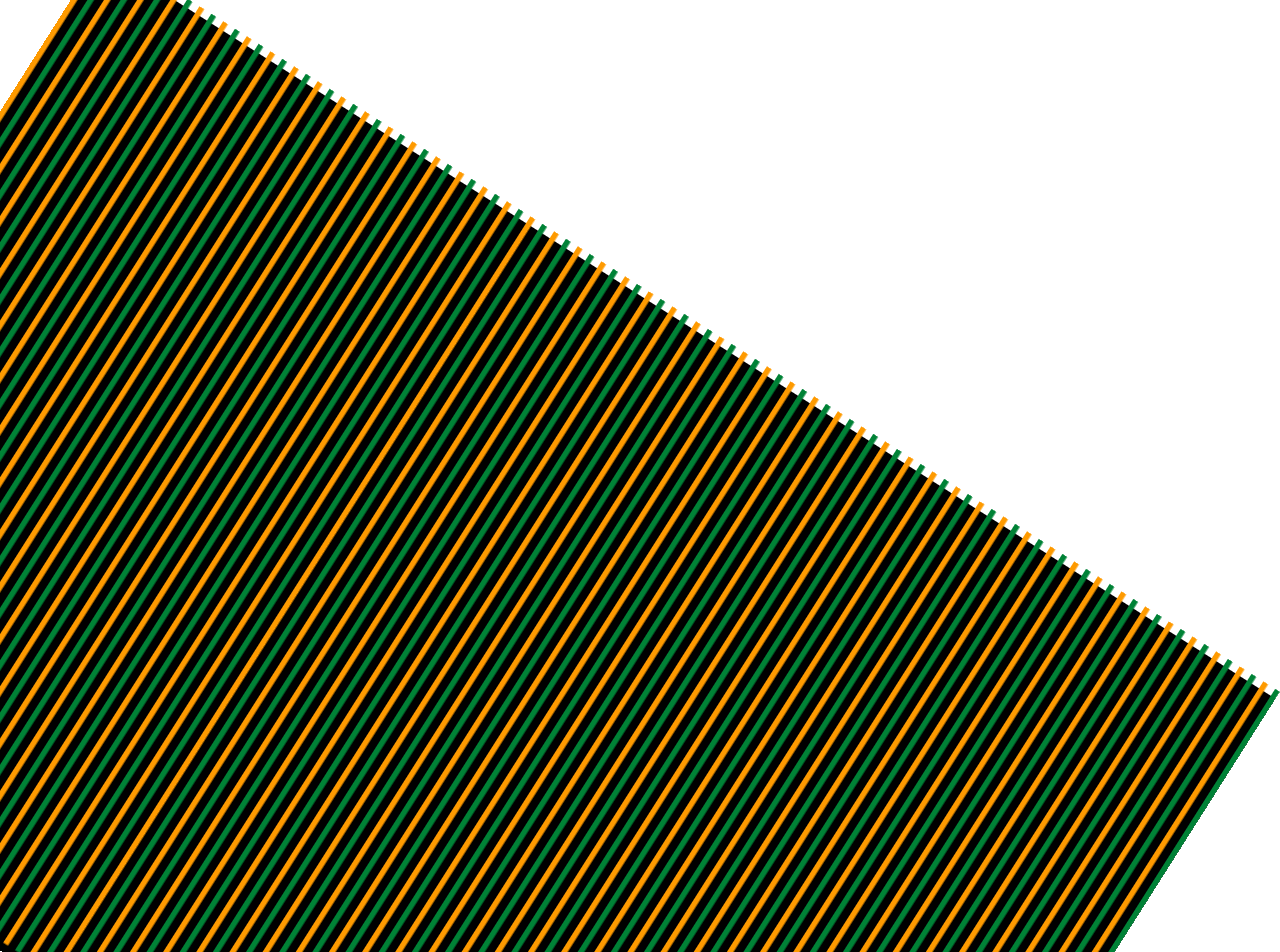
Repository: rahulhr71/AiExam
Page: / (app in teacher/)
The author's editor kept a copy of each file at every save. The page is drawn from the files as they stood at one save, then again after the next save.
The browser window is 1280 px wide. The page is 1829 px wide, then 1292 px, so the pictures cover 1829 px, including what lies to the right of the window. The pictures show the part of the page from y = 0 to 1360 px (the page is 2079 px tall before and 2012 px after), at 70% of full size.
The project was rebuilt for these pictures with package versions that can differ from the ones it lists, and the page was loaded fresh each time. Also part of the build but not shown: teacher/vite.config.js.

Above is the page before, as saved 2025-07-31 22:19:58.

After the next save:
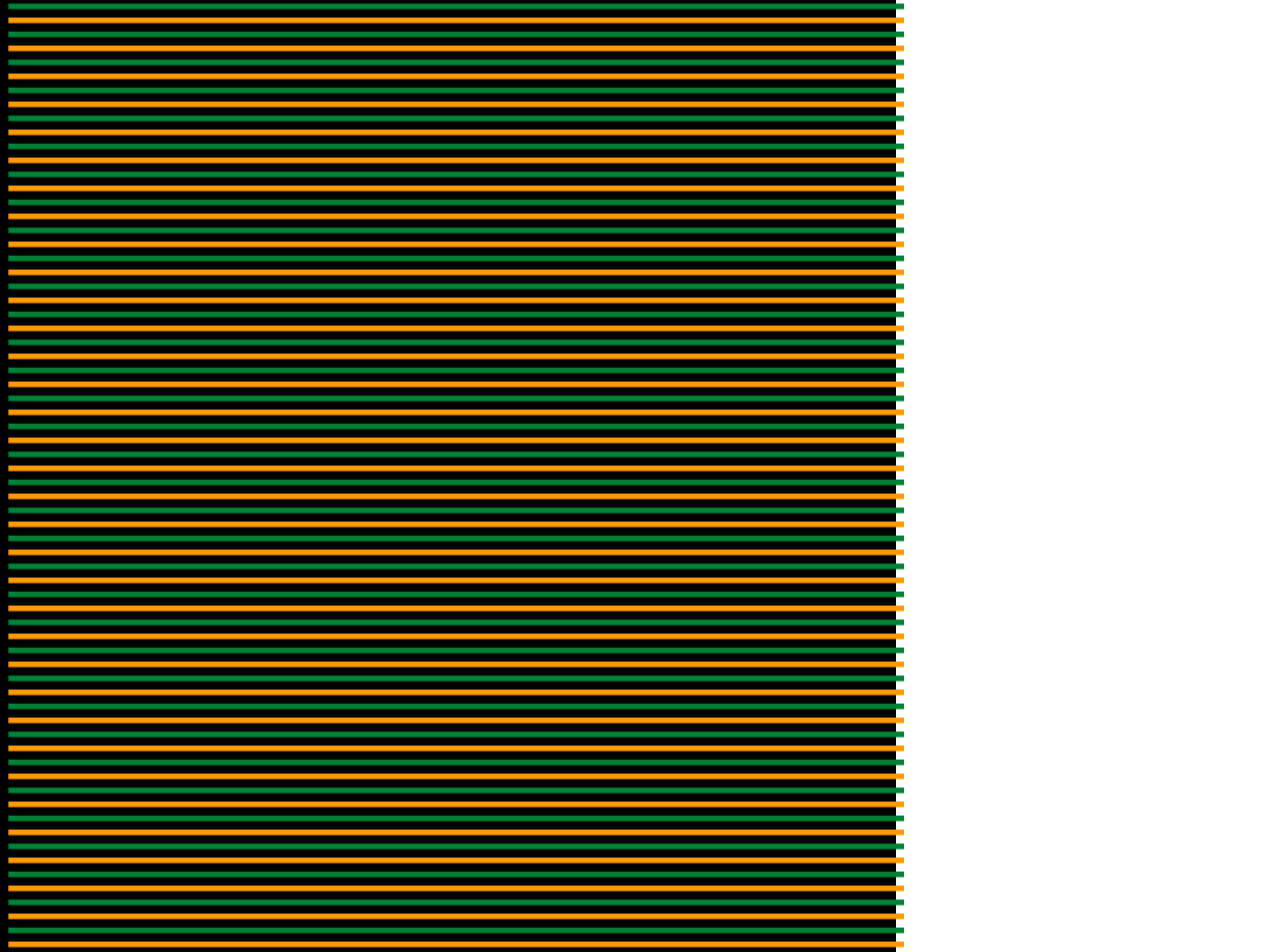
Saved 8 s later.
--- a/teacher/src/App.jsx
+++ b/teacher/src/App.jsx
@@ -8,7 +8,7 @@
 const counts=Array.from({length:100})
 
   return (
-    <div className='bg-black animate-spin'>
+    <div className='bg-black animate-bounce'>
     {
       counts.map((i,index)=>{
         return(
